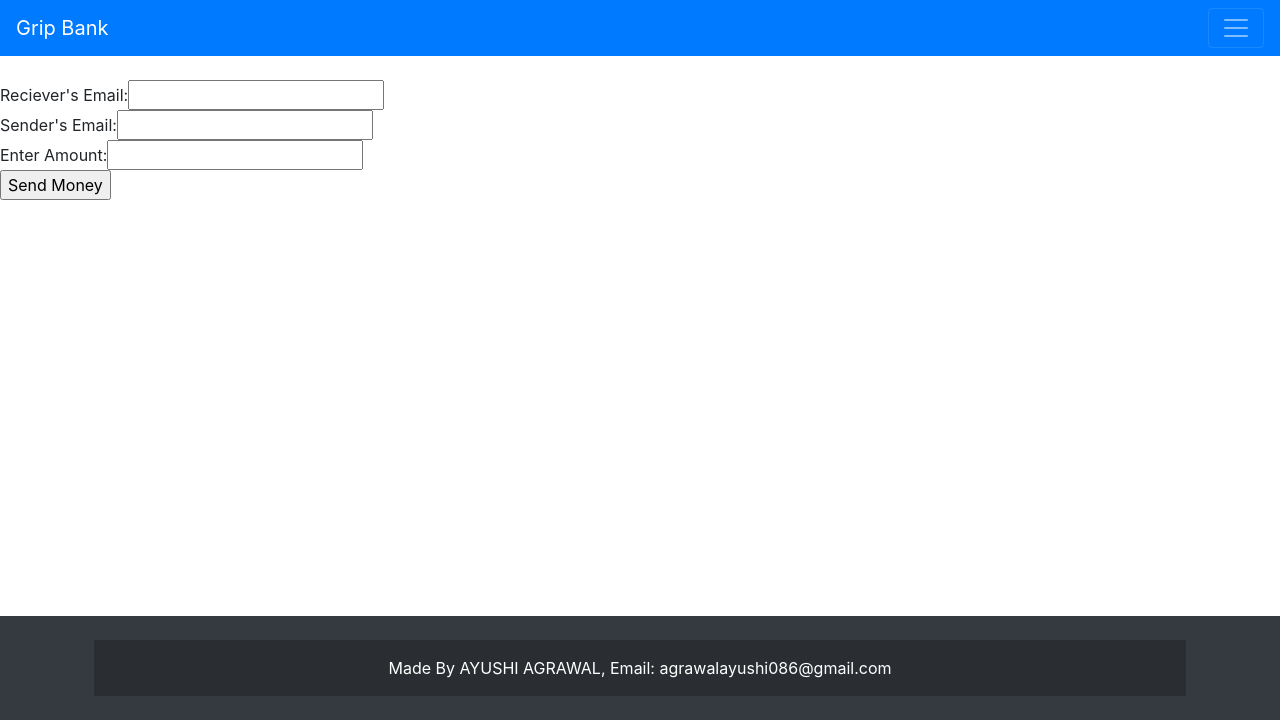
Repository: ayushiagrawal083/BasicBankingSystem
Page: Bank/WebContent/sendmoney.html
The author's editor kept a copy of each file at every save. The page is drawn from the files as they stood at one save, then again after the next save.
The browser window is 1280 px wide. The pictures show the whole page.

Above is the page before, as saved 2022-10-21 11:07:31.
Console error: TypeError: Cannot read properties of undefined (reading 'fn')

After the next save:
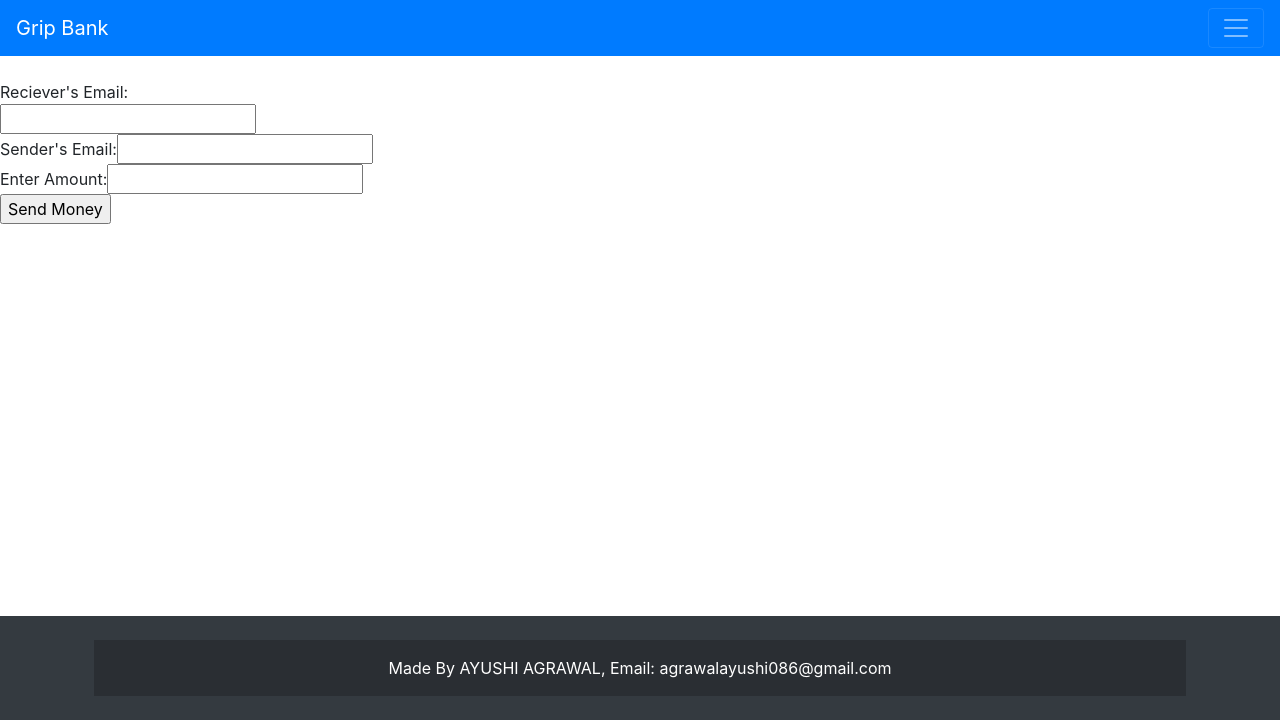
Saved 71 s later.
--- a/Bank/WebContent/sendmoney.html
+++ b/Bank/WebContent/sendmoney.html
@@ -37,7 +37,7 @@
 </nav>
 <br />
 <form action="money.jsp" method="post">
-Reciever's Email:<input type="email" name="email1" /><br />
+Reciever's Email:<br /><input type="email" name="email1" /><br />
 Sender's Email:<input type="email" name="email" /><br />
 Enter Amount:<input type="number" name="money" /><br />
 <input type="submit" value="Send Money"/>
